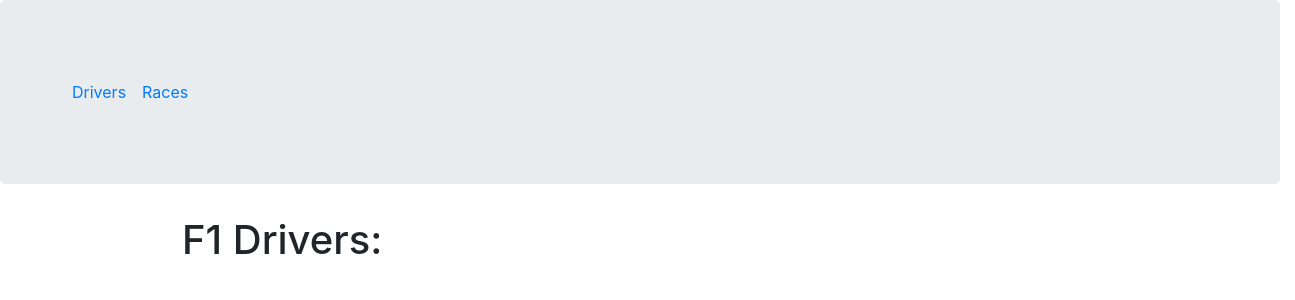
Repository: Lynras/formular1
Page: /
The author's editor kept a copy of each file at every save. The page is drawn from the files as they stood at one save, then again after the next save.
The browser window is 1280 px wide. The page is 1295 px wide, so the pictures cover 1295 px, including what lies to the right of the window. The pictures show the whole page.
The page's requests for data from a server got no answer. Some web libraries are served in a nearby version. The project was rebuilt for these pictures with package versions that can differ from the ones it lists, and the page was loaded fresh each time. No one was signed in, and anything a server would have sent is missing. Also part of the build but not shown: src/components/RaceList.js, src/components/Constructors.js.

Above is the page before, as saved 2021-03-24 10:47:58.

### public/index.html
<!DOCTYPE html>
<html lang="en">
  <head>
    <meta charset="utf-8" />
    <link rel="icon" href="%PUBLIC_URL%/favicon.ico" />
    <link rel="stylesheet" href="https://stackpath.bootstrapcdn.com/bootstrap/4.2.1/css/bootstrap.min.css" integrity="sha384-GJzZqFGwb1QTTN6wy59ffF1BuGJpLSa9DkKMp0DgiMDm4iYMj70gZWKYbI706tWS" crossorigin="anonymous">

    <meta name="viewport" content="width=device-width, initial-scale=1" />
    <meta name="theme-color" content="#000000" />
    <meta
      name="description"
      content="Web site created using create-react-app"
    />
    <link rel="apple-touch-icon" href="%PUBLIC_URL%/logo192.png" />
    <!--
      manifest.json provides metadata used when your web app is installed on a
      user's mobile device or desktop. See https://developers.google.com/web/fundamentals/web-app-manifest/
    -->
    <link rel="manifest" href="%PUBLIC_URL%/manifest.json" />
    <!--
      Notice the use of %PUBLIC_URL% in the tags above.
      It will be replaced with the URL of the `public` folder during the build.
      Only files inside the `public` folder can be referenced from the HTML.

      Unlike "/favicon.ico" or "favicon.ico", "%PUBLIC_URL%/favicon.ico" will
      work correctly both with client-side routing and a non-root public URL.
      Learn how to configure a non-root public URL by running `npm run build`.
    -->
    <title>React App</title>
  </head>
  <body>
    <noscript>You need to enable JavaScript to run this app.</noscript>
    <div id="root"></div>
    <!--
      This HTML file is a template.
      If you open it directly in the browser, you will see an empty page.

      You can add webfonts, meta tags, or analytics to this file.
      The build step will place the bundled scripts into the <body> tag.

      To begin the development, run `npm start` or `yarn start`.
      To create a production bundle, use `npm run build` or `yarn build`.
    -->
  </body>
</html>

### src/components/App.js
import React, { Component } from 'react';
import Header from '../components/Header';
import Main from '../components/Main';



class App extends Component {
  render() {
    return (
      <div className="App">
        <header className="App-header">
          <Header/>
          <Main/>
        </header>
      </div>
    );
  }
}

export default App;

### src/reducers/index.js
import { combineReducers } from 'redux';
import driversReducer from './driversReducers';
import raceReducer from "./racesReducer"
export default combineReducers( {drivers: driversReducer, races: raceReducer} );

### src/components/Header.js
import React, { Component } from 'react';
import { Link } from 'react-router-dom';



class Header extends Component {
  render() {
    return (
          <header>
          <div className="jumbotron">
            <div class="navbar navbar-expand-lg" >
                <nav className="nav navbar-nav">
                    <Link to='/' className="nav-item nav-link"></Link>
                    <Link to='/DriversList' className="nav-item nav-link">Drivers</Link>
                    <Link to='/RaceList' className="nav-item nav-link">Races</Link>
                </nav>
            </div>
          </div>

        </header>
    );
  }
}

export default Header;

### src/components/Main.js
import React, { Component } from 'react';
import { Switch, Route } from 'react-router-dom';
import DriversList from './DriversList';
import RaceList from "./RaceList";
import Constructors from "./Constructors";



class Main extends Component {
    render() {
      console.log("Main");
      return (
            <main className = "main row">
              <div className = "col-1"></div>
              <div className = "col-8">
                <Switch>
                    <Route exact path='/' component={DriversList}/>
                    <Route path='/DriversList'  component={DriversList}/>
                    <Route path='/RaceList'  component={RaceList}/>
                    <Route path='/Constructors' component={Constructors}/>
                </Switch>
                </div>
                <div className = "col-3"></div>
            </main>
      );
    }
  }
  export default Main;

### src/reducers/driversReducers.js
// eslint-disable-next-line
export default (state=[], action) => {
    switch (action.type) {
        case 'FETCH_DRIVERS': return action.payload;
        default: return state;
    }
 };

### src/reducers/racesReducer.js
// eslint-disable-next-line
export default (state=[], action) => {
    switch (action.type) {
        case 'FETCH_RACES': return action.payload;
        default: return state;
    }
 };

### src/components/DriversList.js
import React from 'react';
import { connect } from 'react-redux';
import { fetchDrivers } from '../actions';


class DriverList extends React.Component {
    componentDidMount(){
        this.props.fetchDrivers();
    }

    renderList() {
        return this.props.drivers.map(driver => {
            return (
                <ul>
                    <li className="item" key={driver.driverId}>
                   <h4>{driver.givenName} {driver.familyName}
                   <small> Born: {driver.dateOfBirth}, {driver.nationality}</small></h4>
                </li>
                </ul>

            )
        })
    }

    render() {
        return (
            <div className="row">
                <div className="col-1"></div>
                <div className="col-4">
                    <h1>F1 Drivers:</h1>
                    <ul class="namelist">
                        {this.renderList()}
                    </ul>
                </div>
                <div className="col-7"></div>
            </div>

        );
    }
}

const mapStateToProps = state => {
    return { drivers: state.drivers };
}
export default connect(mapStateToProps, {fetchDrivers})(DriverList);

### src/actions/index.js
import ergast from '../apis/ergast';

export const fetchRaces = () => async dispatch => {
    const response = await ergast.get('/api/f1/races.json');
    dispatch({type: 'FETCH_RACES', payload: response.data.MRData.RaceTable.Races})
};

export const fetchConstructors = () => async dispatch => {
    const response = await ergast.get('/api/f1/constructors.json');
    dispatch({type: 'FETCH_CONSTRUCTORS', payload: response.data.MRData.RaceTable.Races})
};

export const fetchDrivers = () => async dispatch => {
    const response = await ergast.get('/api/f1/drivers.json');
    dispatch({type: 'FETCH_DRIVERS', payload: response.data.MRData.DriverTable.Drivers})

};

### src/apis/ergast.js
import axios from 'axios';

export default axios.create({
    baseURL: 'http://ergast.com'
});

Loaded but not shown: src/index.js (common file)

After the next save:
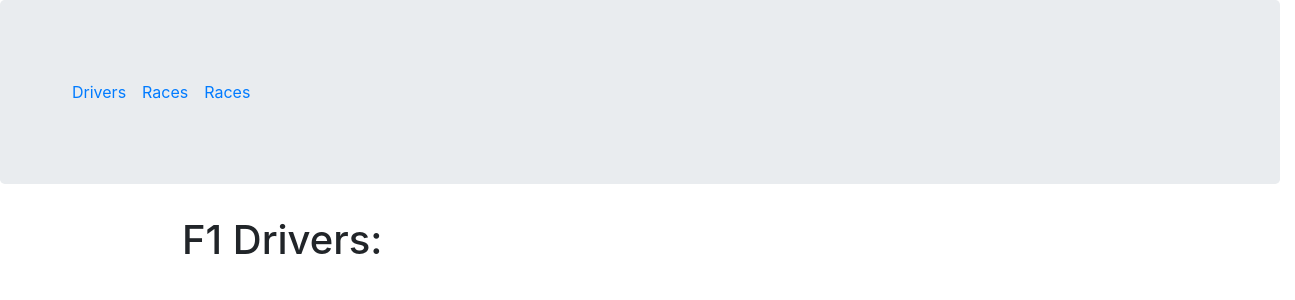
Saved 34 s later.
--- a/src/components/Header.js
+++ b/src/components/Header.js
@@ -13,6 +13,7 @@ class Header extends Component {
                     <Link to='/' className="nav-item nav-link"></Link>
                     <Link to='/DriversList' className="nav-item nav-link">Drivers</Link>
                     <Link to='/RaceList' className="nav-item nav-link">Races</Link>
+                    <Link to='/Constructors' className="nav-item nav-link">Races</Link>
                 </nav>
             </div>
           </div>
